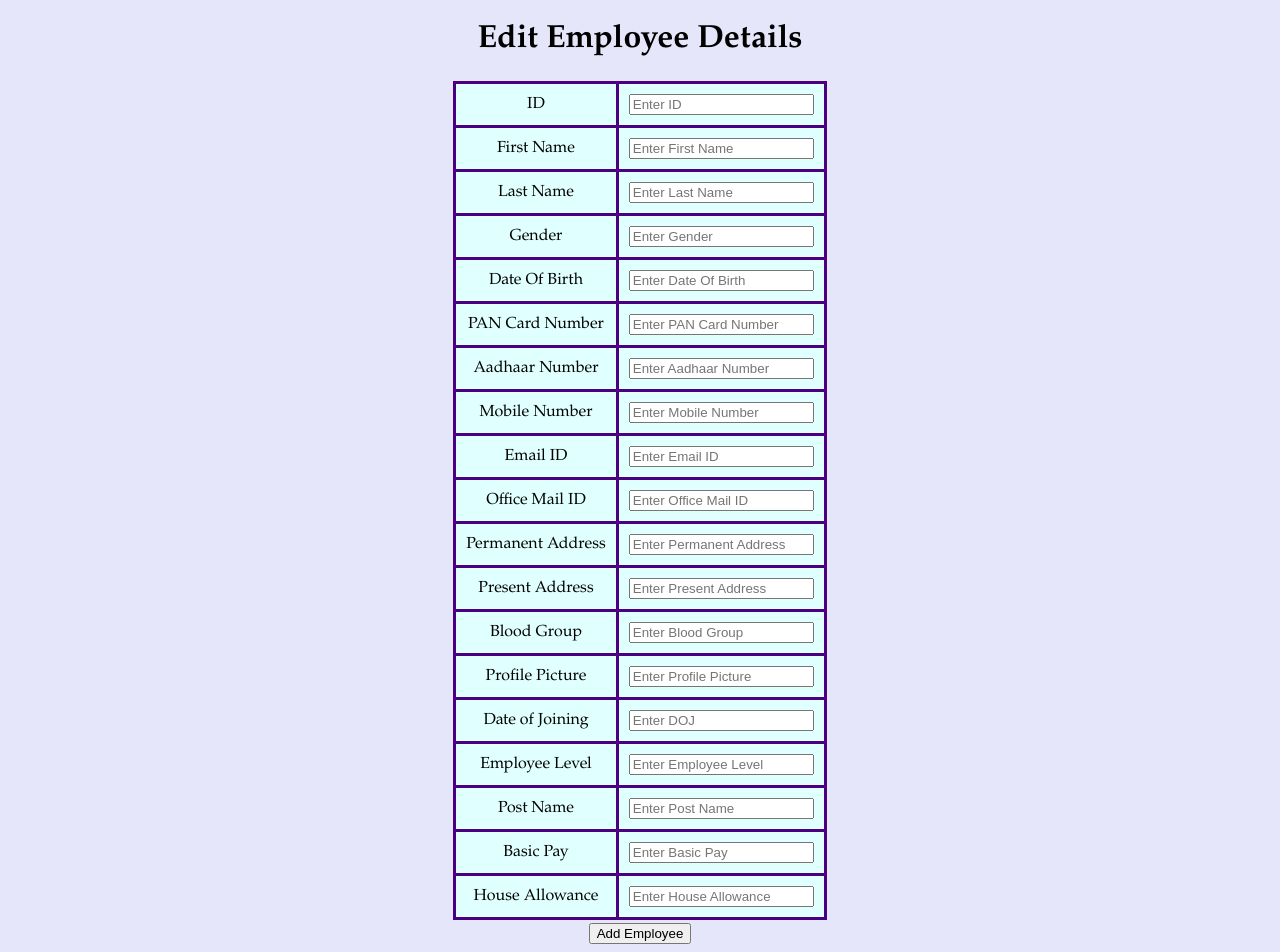
Repository: P9-Analyst-Java/employee-management-abhishekdatta12
Page: http://localhost/spring-expense-tracker/WEB-INF/views/employee.jsp
The author's editor kept a copy of each file at every save. The page is drawn from the files as they stood at one save, then again after the next save.
The browser window is 1280 px wide. The pictures show the whole page.
The page is served by Tomcat 10. Nobody is signed in. Other server files are loaded and not shown. The template is opened directly, without the code that normally fills it, so the values that code supplies are empty.

Above is the page before, as saved 2023-02-22 08:59:27.

### spring-portal/spring-expense-tracker/src/main/webapp/WEB-INF/views/employee.jsp
<%@ page language="java" contentType="text/html; charset=ISO-8859-1"
    pageEncoding="ISO-8859-1"%>
<%@ taglib prefix="c" uri="http://java.sun.com/jsp/jstl/core"%>
<c:set var="contextRoot" value="${pageContext.request.contextPath}"/>
<%@ taglib prefix="form" uri="http://www.springframework.org/tags/form" %>
<!DOCTYPE html>
<html>
<head>
<style type="text/css">
body{
	font-family: garamond;
	font-size: 16px;
	text-align: center;
	background-color: lavender;
}
div{
	margin-left: auto;
  	margin-right: auto;
  	width: 200px;
  	align-items: center;
  	font-size: 20px;

}
table, th, td{
	text-align: center;
	border: 3px solid indigo;
	border-collapse: collapse;
	padding: 3px;
	margin: 3px;
}
table{
	margin-left: auto;
  	margin-right: auto;
}
td{
text-align: center;
background-color: lightcyan;
}
th, td{
	padding: 10px;
}
</style>
<meta charset="ISO-8859-1">
<title>Insert title here</title>
</head>
<body>
	<h1>Edit Employee Details</h1>

	<form:form action="${contextRoot}/employee" method="post" modelAttribute="employee">
	<table>
		<!--<form:hidden path="id"/>-->
		<tr><td>ID</td><td><form:input path="id" placeholder="Enter ID"/></td></tr>
		<tr><td>First Name</td><td><form:input path="firstName" placeholder="Enter First Name"/></td></tr>
		<tr><td>Last Name</td><td><form:input path="lastName" placeholder="Enter Last Name"/>
		<tr><td>Gender</td><td><form:input path="gender" placeholder="Enter Gender"/>
		<tr><td>Date Of Birth</td><td><form:input path="dob" placeholder="Enter Date Of Birth"/>
		<tr><td>PAN Card Number</td><td><form:input path="panNum" placeholder="Enter PAN Card Number"/>
		<tr><td>Aadhaar Number</td><td><form:input path="aadhaarNum" placeholder="Enter Aadhaar Number"/>
		<tr><td>Mobile Number</td><td><form:input path="mobileNum" placeholder="Enter Mobile Number"/>
		<tr><td>Email ID</td><td><form:input path="emailId" placeholder="Enter Email ID"/>
		<tr><td>Office Mail ID</td><td><form:input path="officeMail" placeholder="Enter Office Mail ID"/>
		<tr><td>Permanent Address</td><td><form:input path="permanentAddress" placeholder="Enter Permanent Address"/>
		<tr><td>Present Address</td><td><form:input path="presentAddress" placeholder="Enter Present Address"/>
		<tr><td>Blood Group</td><td><form:input path="bloodGroup" placeholder="Enter Blood Group"/>
		<tr><td>Profile Picture</td><td><form:input path="profilePict" placeholder="Enter Profile Picture"/>
		<tr><td>Date of Joining</td><td><form:input path="doj" placeholder="Enter DOJ"/>
		<tr><td>Employee Level</td><td><form:input path="empLevel" placeholder="Enter Employee Level"/>
		<tr><td>Post Name</td><td><form:input path="postName" placeholder="Enter Post Name"/>
		<tr><td>Basic Pay</td><td><form:input path="basicPay" placeholder="Enter Basic Pay"/>
		<tr><td>House Allowance</td><td><form:input path="houseAllowance" placeholder="Enter House Allowance"/>
		</table>

		<button type="submit">Add Employee</button>
	</form:form>
</body>
</html>

After the next save:
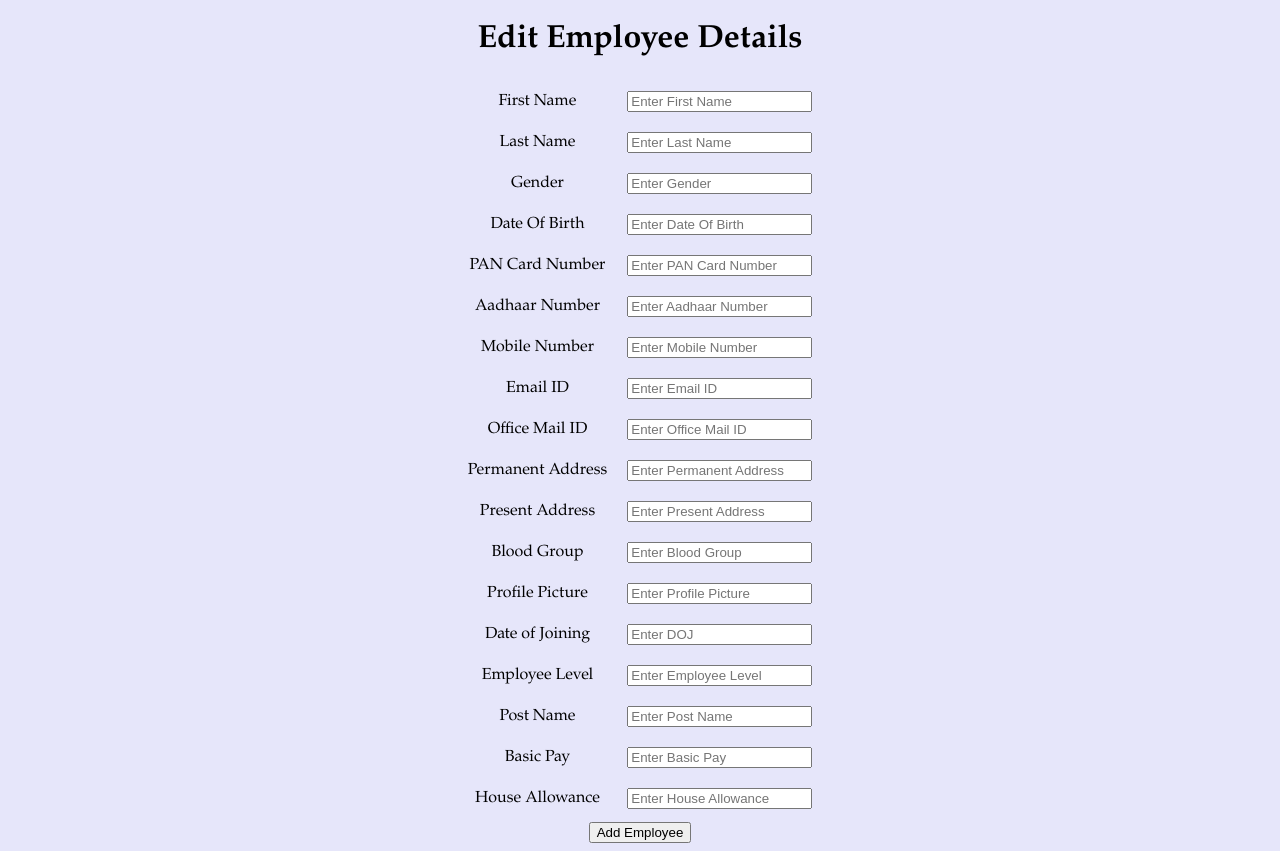
Saved 33 s later.
--- a/spring-portal/spring-expense-tracker/src/main/webapp/WEB-INF/views/employee.jsp
+++ b/spring-portal/spring-expense-tracker/src/main/webapp/WEB-INF/views/employee.jsp
@@ -23,7 +23,6 @@ div{
 }
 table, th, td{
 	text-align: center;
-	border: 3px solid indigo;
 	border-collapse: collapse;
 	padding: 3px;
 	margin: 3px;
@@ -34,7 +33,6 @@ table{
 }
 td{
 text-align: center;
-background-color: lightcyan;
 }
 th, td{
 	padding: 10px;
@@ -49,7 +47,6 @@ th, td{
 	<form:form action="${contextRoot}/employee" method="post" modelAttribute="employee">
 	<table>
 		<!--<form:hidden path="id"/>-->
-		<tr><td>ID</td><td><form:input path="id" placeholder="Enter ID"/></td></tr>
 		<tr><td>First Name</td><td><form:input path="firstName" placeholder="Enter First Name"/></td></tr>
 		<tr><td>Last Name</td><td><form:input path="lastName" placeholder="Enter Last Name"/>
 		<tr><td>Gender</td><td><form:input path="gender" placeholder="Enter Gender"/>
